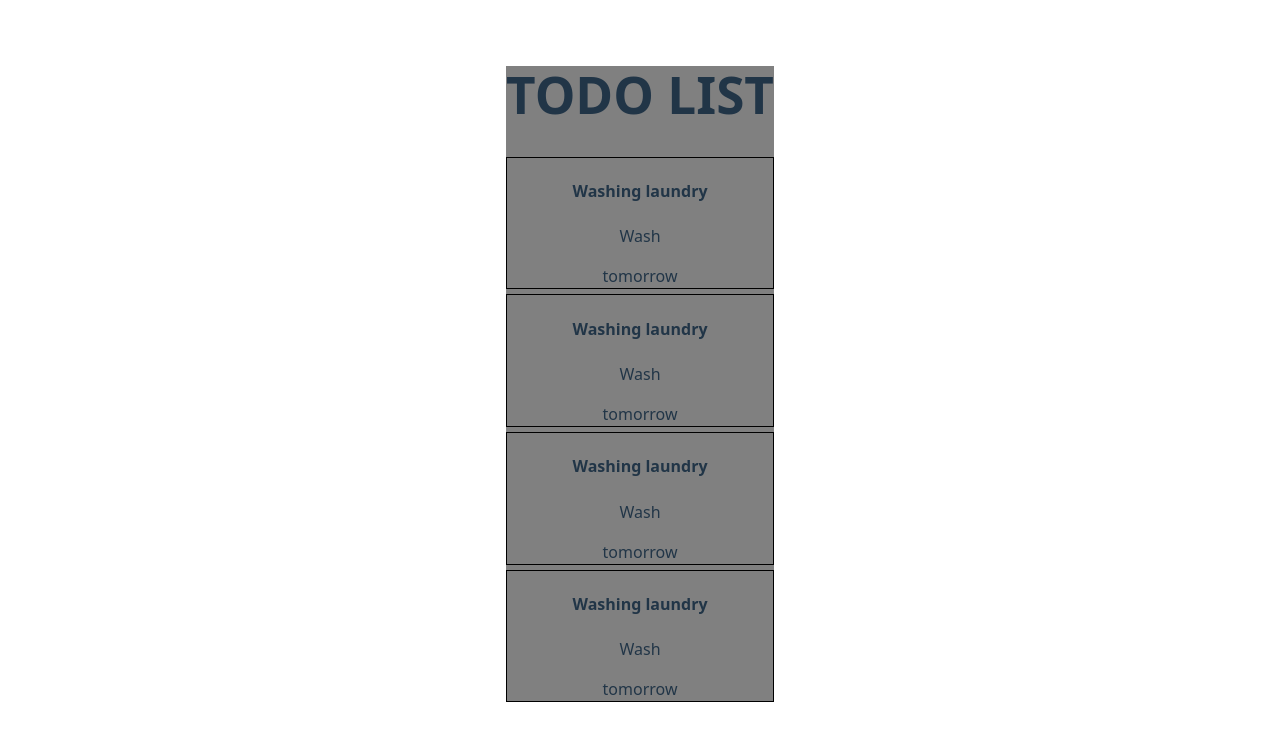
Repository: DISC-NU/workshop-3-activites
Page: /
The author's editor kept a copy of each file at every save. The page is drawn from the files as they stood at one save, then again after a run of saves.
The browser window is 1280 px wide. The pictures show the whole page.
The project was rebuilt for these pictures with package versions that can differ from the ones it lists, and the page was loaded fresh each time. Also part of the build but not shown: vite.config.js.

Above is the page before, as saved 2025-10-06 19:11:44.

After the next 2 saves:
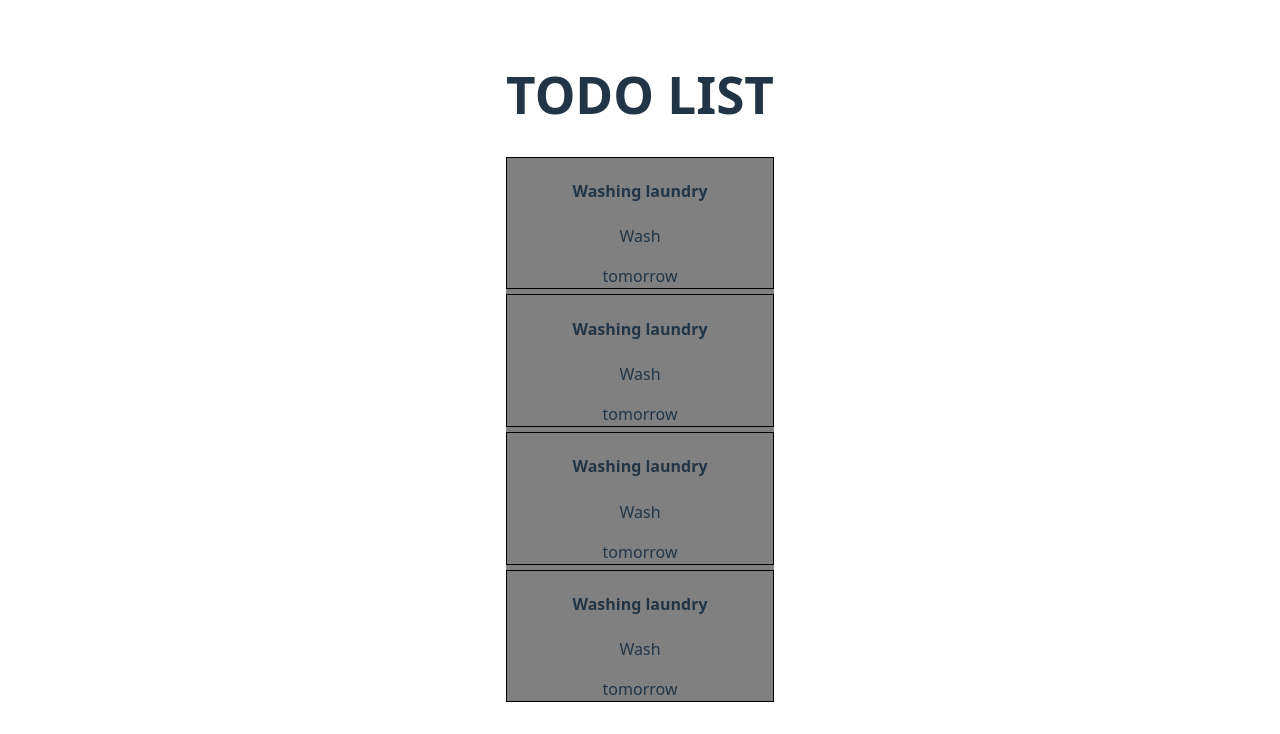
The 2 saves are shown as one change because they came seconds apart.
The last was saved 18 s later.
--- a/src/App.jsx
+++ b/src/App.jsx
@@ -2,9 +2,9 @@ import './App.css'
 
 function App() {
   return(
-    <main style={{ backgroundColor: 'gray'}}>
+    <main>
       <h1>TODO LIST</h1>
-      <div style={{ display: 'flex', flexDirection: 'column', gap: 5 }}>
+      <div style={{ display: 'flex', flexDirection: 'column', gap: 5, backgroundColor: 'gray' }}>
         <div className='task'>
           <h4>Washing laundry</h4>
           <p>Wash</p>
